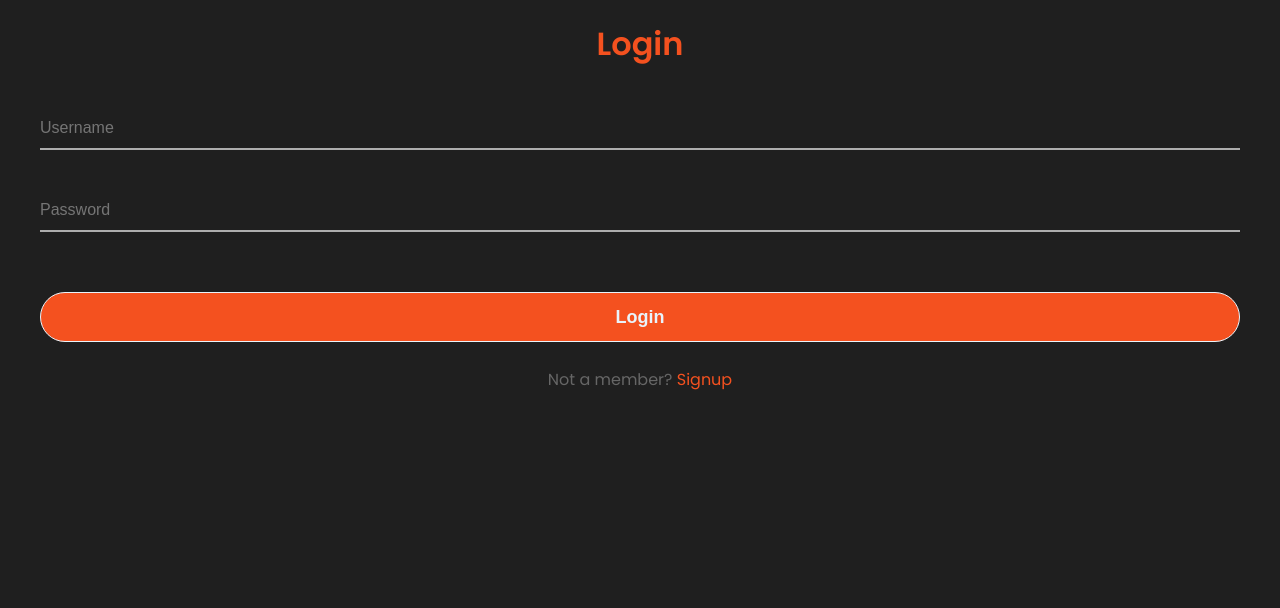
Repository: long5122000/Shopc
Page: login.html
An editor plug-in stored every save of this project. The page is shown before and after the next save, followed by the edit.
The browser window is 1280 px wide. The pictures show the whole page.
The style sheet was rebuilt from its Sass, Less or Tailwind sources for each picture, by a compiler version that may differ from the author's.

Above is the page before, as saved 2021-11-30 21:24:35.

### login.html
<!DOCTYPE html>
<html lang="en">
  <head>
    <meta charset="UTF-8" />
    <meta http-equiv="X-UA-Compatible" content="IE=edge" />
    <meta name="viewport" content="width=device-width, initial-scale=1.0" />
    <title>Document</title>
    <link rel="stylesheet" href="./css/app.css" />
  </head>
  <body>
    <div class="container-rs">
      <h1 class="register__title">Login</h1>
      <form>
        <div class="form-control">
          <input
            class="register__form"
            type="text"
            id="username"
            placeholder="Username"
          />
          <span></span>
          <small></small>
        </div>

        <div class="form-control">
          <input type="password" id="password" placeholder="Password" />
          <span></span>
          <small></small>
        </div>

        <input type="submit" value="Login" />
        <div class="signup_link">
          Not a member? <a href="./register.html">Signup</a>
        </div>
      </form>
    </div>
  </body>
</html>

### sass/app.scss
@import "variables";
@import "reset";
@import "mixin";
@import "base";
@import "header";
@import "cart";
@import "search";
@import "info";
@import "home";
@import "category";
@import "about";
@import "hot";
@import "discount";
@import "new";
@import "newsletter";
@import "footer";
@import "modal";
@import "scroll";
@import "register";
@import "breakpoints";

### sass/_variables.scss
@import url("https://fonts.googleapis.com/css2?family=Poppins:wght@400;500;600;900&display=swap");
:root {
  --header-height: 3.5rem;
  /* Colors */
  --hue: 14;
  --first-color: hsl(var(--hue), 91%, 54%);
  --menu-color: hsl(31, 76%, 74%);
  --button-color: hsl(0, 0%, 24%);
  --button-color-alt: hsl(0, 0%, 28%);
  --title-color: hsl(0, 0%, 95%);
  --text-color: hsl(0, 0%, 75%);
  --body-color: hsl(0, 0%, 12%);
  --container-color: hsl(0, 0%, 16%);
  --border-color: hsl(0, 0%, 20%);
  --border-color: hsl(0, 0%, 94%);
  --dark1: #3e363f;
  --dark2: #212527;
  --light1: #fffce8;
  --light2: #edf7f6;
  --red: #df4747;
  --green: #47df5b;
  --transition250: all 250ms ease-in-out;
  --transition500: all 500ms ease-in-out;
  /* Font and typography */
  --body-font: "Poppins", sans-serif;
  --biggest-font-size: 2rem;
  --h1-font-size: 1.5rem;
  --h2-font-size: 1.25rem;
  --h3-font-size: 1rem;
  --normal-font-size: 0.938rem;
  --small-font-size: 0.813rem;
  /* font weight */
  --font-medium: 500;
  --font-semi-bold: 600;
  --font-black: 900;
  /* margenes bottom */
  --mb-0-25: 0.25rem;
  --mb-0-5: 0.5rem;
  --mb-0-75: 0.75rem;
  --mb-1: 1rem;
  --mb-1-5: 1.5rem;
  --mb-2: 2rem;
  --mb-2-5: 2.5rem;
  /* z-index */
  --z-tooltip: 10;
  --z-fixed: 100;

  @media screen and (min-width: 992px) {
    --biggest-font-size: 4rem;
    --h1-font-size: 2.25rem;
    --h2-font-size: 1.5rem;
    --h3-font-size: 1.25rem;
    --normal-font-size: 1rem;
    --small-font-size: 0.875rem;
    --smaller-font-size: 0.813rem;
  }
}

/*=============== GOOGLE FONTS ===============*/

### sass/_reset.scss
html {
  box-sizing: border-box;
}
* {
  margin: 0;
  padding: 0;
}
*,
*:before,
*:after {
  box-sizing: border-box;
}
input,
textarea,
select,
button {
  outline: none;
  border: none;
}
input {
  line-height: normal;
}
label,
button {
  cursor: pointer;
}
a {
  text-decoration: none;
}
img {
  display: block;
  max-width: 100%;
}

### sass/_mixin.scss
@mixin flex(
  $align: flex-start,
  $justify: flex-start,
  $wrap: nowrap,
  $dir: row
) {
  display: flex;
  justify-content: $justify;
  align-items: $align;
  flex-wrap: $wrap;
  flex-direction: $dir;
}
@mixin maxw($breakpoint) {
  @media screen and (max-width: $breakpoint) {
    @content;
  }
}
@mixin minw($breakpoint) {
  @media screen and (min-width: $breakpoint) {
    @content;
  }
}
@mixin center {
  display: flex;
  justify-content: center;
  align-items: center;
}

### sass/_base.scss
* {
  box-sizing: border-box;
  padding: 0;
  margin: 0;
}
html {
  scroll-behavior: smooth;
}
body {
  margin: var(--header-height) 0 0 0;
  font-family: var(--body-font);
  font-size: var(--normal-font-size);
  background: var(--body-color);
  color: var(--text-color);
}
h1,
h2,
h3,
h4 {
  color: var(--title-color);
  font-weight: var(--font-semi-bold);
}
ul {
  list-style: none;
}
.section {
  padding: 4.5rem 0 2rem;
}
.section__title {
  font-size: var(--h2-font-size);
  margin-bottom: var(--mb2);
  text-align: center;
}
.container {
  max-width: 1240px;
  margin-left: var(--mb-1-5);
  margin-right: var(--mb-1-5);
}
.grid {
  display: grid;
}
.main {
  overflow: hidden;
}
::-webkit-scrollbar {
  width: 0.6rem;
  background: #413e3e;
}
::-webkit-scrollbar-thumb {
  background: #272525;
  border-radius: 0.5rem;
}
.button {
  display: inline-block;
  background-color: var(--first-color);
  color: var(--title-color);
  padding: 1rem 1.75rem;
  border-radius: 0.5rem;
  font-weight: var(--font-medium);
  transition: 0.3s;
  &:hover {
    background-color: var(--first-color-alt);
  }
  &--ghost {
    border: 2px solid;
    background-color: transparent;
    border-radius: 3rem;
    padding: 0.75rem 1.5rem;
    &:hover {
      background: none;
    }
  }
  &__icon {
    font-size: 1.25rem;
  }
  &--link {
    color: var(--title-color);
  }
  &--flex {
    display: inline-flex;
    align-items: center;
    column-gap: 0.5rem;
  }
}

### sass/_header.scss
.header {
  width: 100%;
  background: var(--body-color);
  position: fixed;
  top: 0;
  left: 0;
  z-index: var(--z-fixed);
}
.nav {
  height: var(--header-height);
  @include flex(center, space-between);
  &__logo {
    @include flex(center);
    column-gap: 0.5rem;
    font-weight: var(--font-medium);
    &-img {
      width: 1.25rem;
    }
  }
  &__link,
  &__logo,
  &__toggle,
  &__close {
    color: var(--title-color);
  }
  &__toggle {
    font-size: 1.25rem;
    cursor: pointer;
  }
  @include maxw(767px) {
    &__menu {
      position: fixed;
      width: 100%;
      background: var(--container-color);
      top: -150%;
      left: 0;
      padding: 3.5rem 0;
      transition: 0.4s;
      z-index: var(--z-fixed);
      border-radius: 0 0 1.5rem 1.5rem;
    }
  }
  &__img {
    width: 100px;
    position: absolute;
    top: 0;
    left: 0;
  }
  &__close {
    font-size: 1.8rem;
    position: absolute;
    top: 0.5rem;
    right: 0.7rem;
    cursor: pointer;
  }
  &__list {
    @include flex(center, flex-start, nowrap, column);
    row-gap: 1.5rem;
  }
  &__link {
    text-transform: uppercase;
    font-weight: var(--font-black);
    transition: 0.4;
    &:hover {
      color: var(--text-color);
    }
  }
  &__btns {
    display: flex;
    font-size: var(--h2-font-size);
    gap: 0 20px;
  }
  &__shop {
    font-size: 1.25rem;
    cursor: pointer;
  }
}

.show-menu {
  top: 0;
}

.active {
  &-link {
    position: relative;
    &::before {
      content: "";
      position: absolute;
      bottom: -0.75rem;
      left: 45%;
      width: 5px;
      height: 5px;
      background-color: var(--title-color);
      border-radius: 50%;
    }
  }
}

### sass/_cart.scss
/*=============== CART ===============*/
.cart {
  position: fixed;
  background-color: rgb(59, 59, 59);
  z-index: var(--z-fixed);
  width: 100%;
  height: 100%;
  top: 0;
  right: -100%;
  padding: 3.5rem 2rem;
  transition: 0.4s;
  overflow-y: scroll;

  &__title-center {
    font-size: var(--h2-font-size);
    text-align: center;
    margin-bottom: var(--mb-3);
  }

  &__close {
    font-size: 2rem;
    color: var(--title-color);
    position: absolute;
    top: 1.25rem;
    right: 0.9rem;
    cursor: pointer;
  }

  &__container {
    display: grid;
    row-gap: 1.5rem;
  }

  &__card {
    display: flex;
    align-items: center;
    column-gap: 1rem;
  }
  &__box {
    background-color: var(--container-color);
    padding: 0.75rem 1.25rem;
    border: 1px solid #5c5c5c;
  }
  &__img {
    width: 50px;
  }
  &__title {
    font-size: var(--normal-font-size);
    margin-bottom: 0.5rem;
  }
  &__price {
    display: block;
    font-size: var(--small-font-size);
    color: var(--menu-color);
    margin-bottom: var(--mb-1-5);
  }
  &__amount,
  &__amount-content {
    display: flex;
    align-items: center;
  }
  &__amount {
    column-gap: 3rem;

    &-content {
      column-gap: 1rem;
    }
    &-box {
      display: inline-flex;
      padding: 0.25rem;
      background-color: var(--container-color);
      border: 1px solid var(--border-color);
      cursor: pointer;
    }
    &-trash {
      font-size: 1.15rem;
      color: var(--menu-color);
      cursor: pointer;
    }
  }
  &__prices {
    margin-top: 6rem;
    display: flex;
    justify-content: space-between;

    &-item,
    &-total {
      color: var(--title-color);
    }
    &-item {
      font-size: var(--small-font-size);
    }
    &-total {
      font-size: var(--h3-font-size);
      font-weight: var(--font-medium);
    }
  }
  &::-webkit-scrollbar {
    display: none;
  }
}

/* Show cart */
.show-cart {
  right: 0;
}

### sass/_search.scss
.search-box {
  width: 1px;
  height: 30px;
  background-color: rgb(88, 88, 88);
  position: relative;

  transition: all 0.5s ease;
  border-radius: 15px;
}

.search-box.open {
  width: 220px;
}

.search-input {
  width: 100%;
  height: 100%;
  border: none;
  box-shadow: none;
  background: transparent;
  color: #fff;
  padding: 20px 20px;
  font-size: 20px;
}

.search-btn {
  color: rgba(191, 191, 191);
  outline: none;
  border: none;

  position: absolute;
  right: -0;
  top: 0;
  cursor: pointer;
  font-size: 25px;
  background-color: transparent;
}

### sass/_info.scss
.info {
  position: fixed;
  background-color: rgb(59, 59, 59);
  z-index: var(--z-fixed);
  width: 100%;
  height: 100%;
  top: 0;
  right: -100%;
  padding: 5.5rem 1rem;
  transition: 0.4s;
  overflow-y: scroll;
  &__close {
    font-size: 2rem;
    color: var(--title-color);
    position: absolute;
    top: 1.25rem;
    right: 0.9rem;
    cursor: pointer;
  }
}
.show-info {
  right: 0;
}

### sass/_home.scss
.home {
  &__content {
    row-gap: 1rem;
  }
  &__group {
    display: grid;
    position: relative;
    padding-top: 2rem;
  }
  &__image {
    height: 250px;
    justify-self: center;
  }
  &__indicator {
    width: 8px;
    height: 8px;
    background-color: var(--title-color);
    border-radius: 50%;
    position: absolute;
    top: 7rem;
    right: 2rem;
    &::after {
      content: "";
      position: absolute;
      width: 1px;
      height: 48px;
      background-color: var(--title-color);
      top: -3rem;
      right: 45%;
    }
  }
  &__details {
    &-img {
      position: absolute;
      right: 0.5rem;
    }
    &-title,
    &-subtitle {
      display: block;
      font-size: var(--small-font-size);
      text-align: right;
    }
  }
  &__subtitle {
    font-size: var(--h3-font-size);
    text-transform: uppercase;
    margin-bottom: var(--mb-1);
  }
  &__title {
    font-size: var(--biggest-font-size);
    font-weight: var(--font-black);
    line-height: 109%;
    margin-bottom: var(--mb-1);
  }
  &__description {
    margin-bottom: var(--mb-1);
  }
  &__buttons {
    @include flex(center, space-between);
  }
}

.swiper {
  &-pagination {
    position: initial;
    margin-top: var(--mb-1);
    &-bullet {
      width: 5px;
      height: 5px;
      background-color: var(--title-color);
      opacity: 1;
    }
  }
}
.swiper-pagination-horizontal.swiper-pagination-bullets .swiper-pagination-bullet {
  margin: 0 0.5rem;
}
.swiper-pagination-bullet-active {
  width: 1.5rem;
  height: 5px;
  border-radius: 0.5rem;
}

### sass/_category.scss
.category {
  &__container {
    grid-template-columns: repeat(2, 1fr);
    gap: 1rem 2rem;
  }
  &__data {
    text-align: center;
  }
  &__image {
    width: 120px;
    margin: 0 auto;
    transition: 0.3s;
  }
  &__title {
    margin-bottom: var(--mb-0-25);
  }
  &__data:hover {
    .category {
      &__image {
        transform: translateY(-0.5rem);
      }
    }
  }
}
.scroll {
  &-header {
    background: var(--container-color);
  }
}

### sass/_about.scss
.about {
  &__container {
    row-gap: 2rem;
  }
  &__data {
    text-align: center;
  }
  &__description {
    margin-bottom: var(--mb-2);
  }
  &__image {
    width: 200px;
    justify-self: center;
  }
}

### sass/_hot.scss
.hot {
  &__container {
    grid-template-columns: repeat(2, 1fr);
    gap: 1.5rem;
    padding: 1rem;
  }
  &__content {
    position: relative;
    background: var(--container-color);
    border-radius: 1rem;
    padding: 1.5rem 0 1rem 0;
    text-align: center;
    overflow: hidden;

    &:hover .hot__image {
      transform: translateY(-0.5rem);
    }
    &:hover .hot__button {
      right: 0;
    }
  }
  &__image {
    width: 90px;
    transition: 0.3s;
    margin: 0 auto;
  }
  &__subtitle,
  &__price {
    display: block;
  }
  &__subtitle {
    font-size: var(--smaller-font-size);
    margin-bottom: var(--mb-0-5);
  }
  &__title,
  &__price {
    color: var(--title-color);
    font-weight: var(--font-medium);
    font-size: var(--normal-font-size);
  }
  &__button {
    display: flex;
    flex-direction: column;
    gap: 5px 0;
    padding: 0.5rem;
    border-radius: 0.25rem 0.25rem 0.75rem 0.25rem;
    position: absolute;
    right: -3rem;
    bottom: 0;
  }
  &__icon {
    font-size: 1.25rem;
    color: var(--title-color);
    &--bt {
      border-bottom: 1px solid gray;
      padding-bottom: 4px;
    }
    &:hover {
      color: var(--first-color);
    }
  }
}

### sass/_discount.scss
.discount {
  &__container {
    background: var(--container-color);
    border-radius: 1rem;
    padding: 2.5rem 0 1.5rem;
    row-gap: 0.75rem;
  }
  &__data {
    text-align: center;
  }
  &__title {
    font-size: var(--h2-font-size);
    margin-bottom: var(--mb-2);
  }
  &__image {
    width: 200px;
    justify-self: center;
  }
}

### sass/_new.scss
.new {
  &__container {
    padding-top: 1rem;
  }
  &__image {
    width: 120px;
    height: 120px;
    transition: 0.3s;
    margin: 0 auto;
    margin-bottom: var(--mb-0-5);
  }
  &__content {
    position: relative;
    background: var(--container-color);
    width: 242px;
    padding: 2rem 0 1.5rem 0;
    border-radius: 0.75rem;
    text-align: center;
    overflow: hidden;

    &:hover .new__image {
      transform: translateY(-0.5rem);
    }
    &:hover .new__button {
      right: 0;
    }
  }
  &__tag {
    position: absolute;
    top: 8%;
    left: 8%;
    background-color: var(--first-color);
    color: var(--title-color);
    font-size: var(--small-font-size);
    padding: 0.25rem 0.5rem;
    border-radius: 0.25rem;
  }
  &__title {
    font-size: var(--normal-font-size);
    font-weight: var(--font-medium);
  }
  &__subtitle {
    display: block;
    font-size: (--small-font-size);
    margin-bottom: var(--mb-0-5);
  }
  &__prices {
    display: inline-flex;
    align-items: center;
    column-gap: 0.5rem;
  }
  &__price {
    font-weight: var(--font-medium);
    color: var(--title-color);
  }
  &__discount {
    color: var(--first-color);
    font-size: var(--small-font-size);
    text-decoration: line-through;
    font-weight: var(--font-medium);
  }
  &__button {
    display: flex;
    flex-direction: column;
    gap: 5px 0;
    padding: 0.5rem;
    border-radius: 0.25rem 0.25rem 0.75rem 0.25rem;
    position: absolute;
    bottom: 0;
    right: -3rem;
  }

  &__icon {
    font-size: 1.25rem;
    color: var(--title-color);
    &--bt {
      border-bottom: 1px solid gray;
      padding-bottom: 4px;
    }
    &:hover {
      color: var(--first-color);
    }
  }
}

### sass/_newsletter.scss
.newsletter {
  &__description {
    text-align: center;
    margin-bottom: var(--mb-1-5);
  }
  &__form {
    background: var(--container-color);
    padding: 1rem;
    @include flex(center, space-between);
    // display: flex;
    // justify-content: space-between;
    border-radius: 0.75rem;
  }
  &__input {
    width: 70%;
    padding: 0 0.5rem;
    background: none;
    color: var(--title-color);
    &::placeholder {
      color: var(--text-color);
    }
  }
}

### sass/_footer.scss
.footer {
  position: relative;
  overflow: hidden;
  &__image {
    &-one,
    &-two {
      position: absolute;
      transition: 0.3s;
      &:hover {
        transform: translateY(-0.5rem);
      }
    }
    &-one {
      width: 100px;
      top: 6rem;
      right: -2rem;
    }
    &-two {
      width: 150px;
      bottom: 4rem;
      right: 4rem;
    }
  }
  &__container {
    row-gap: 2rem;
  }
  &__logo {
    @include flex(center);
    column-gap: 0.5rem;
    margin-bottom: var(--mb-1);
    font-weight: var(--font-medium);
    color: var(--title-color);
    &-image {
      width: 20px;
    }
  }
  &__description {
    margin-bottom: var(--mb-2-5);
  }
  &__social {
    display: flex;
    column-gap: 0.75rem;
    &-link {
      display: inline-flex;
      background: var(--container-color);
      padding: 0.25rem;
      border-radius: 0.25rem;
      color: var(--title-color);
      font-size: 1rem;
      &:hover {
        background: var(--body-color);
      }
    }
  }
  &__title {
    font-size: var(--h3-font-size);
    margin-bottom: var(--mb-1);
  }
  &__links {
    display: grid;
    row-gap: 0.35rem;
  }
  &__link {
    font-size: var(--small-font-size);
    color: var(--text-color);
    transition: 0.3s;
    &:hover {
      color: var(--title-color);
    }
  }
  &__copy {
    display: block;
    text-align: center;
    font-size: var(--smaller-font-size);
    margin-top: 4.5rem;
  }
}

### sass/_modal.scss
.modal {
  position: fixed;
  top: 0;
  height: 100%;
  width: 100%;
  background: var(--container-color);
  transition: var(--transition250);
  opacity: 0;
  visibility: hidden;
  z-index: 100;
  border-radius: 8px;
  &__main {
    display: grid;
    grid-template-columns: 1fr;
    padding: 0 10px;
  }
  &__image {
    height: 100%;
    width: 100%;
    margin-top: var(--mb-2-5);
  }
  &__title {
    font-size: var(--h1-font-size);
    text-align: center;
    margin-top: var(--mb-2);
    margin-bottom: var(--mb-1-5);
  }
  &__desc {
    margin-bottom: var(--mb-1-5);
  }
  &__price {
    font-size: var(--h2-font-size);
    color: var(--first-color);
    margin-bottom: var(--mb-1-5);
  }
  &__button {
    text-align: center;
  }
  &__close {
    position: absolute;
    right: 5px;
    top: 5px;
    font-size: 2.5rem;
  }
}
.show-modal {
  opacity: 1;
  visibility: unset;
}

### sass/_scroll.scss
.scrollup {
  position: fixed;
  background: var(--first-color);
  right: 1rem;
  bottom: -20%;
  display: inline-flex;
  padding: 0.3rem;
  border-radius: 0.25rem;
  z-index: var(--z-tooltip);
  opacity: 0.8;
  transition: 0.4s;
  &:hover {
    background: var(--container-color);
    opacity: 1;
  }
  &__icon {
    font-size: 1.2rem;
    color: var(--title-color);
  }
}
.show-scroll {
  bottom: 3rem;
}

### sass/_register.scss
.register {
  &__container {
    position: absolute;
    top: 50%;
    left: 50%;
    transform: translate(-50%, -50%);
    width: 400px;
    background: white;
    border-radius: 10px;
    box-shadow: 0px 0px 15px rgba(0, 0, 0, 0.05);
  }
  &__title {
    text-align: center;
    padding-top: 20px;
    color: var(--first-color);
  }
}
form {
  padding: 0 40px;
}
.form-control {
  position: relative;
  border-bottom: 2px solid #adadad;
  margin: 40px 0;
}

.form-control.success {
  border-bottom-color: var(--first-color);
}

.form-control.error {
  border-bottom-color: #e74c3c;
}

.form-control input {
  width: 100%;
  height: 40px;
  font-size: 16px;
  border: none;
  background: none;
  outline: none;
}

small {
  position: absolute;
  left: 0;
  top: 100%;
  margin-top: 3px;
  color: #e74c3c;
}

.form-control span::before {
  content: "";
  position: absolute;
  top: 40px;
  left: 0;
  width: 0%;
  height: 2px;
  background: var(--first-color);
  transition: 0.3s;
}

.form-control input:focus ~ span::before {
  width: 100%;
}

input[type="submit"] {
  margin-top: 20px;
  width: 100%;
  height: 50px;
  border: 1px solid;
  background: var(--first-color);
  border-radius: 25px;
  font-size: 18px;
  color: #e9f4fb;
  font-weight: 700;
  cursor: pointer;
  outline: none;
  transition: 0.5s;
}

input[type="submit"]:hover {
  background-color: #fc7b6d;
}

.signup_link {
  margin: 25px 0;
  text-align: center;
  font-size: 16px;
  color: #666666;
}

.signup_link a {
  color: var(--first-color);
  text-decoration: none;
}

.signup_link a:hover {
  text-decoration: underline;
}

Loaded but not shown: sass/_breakpoints.scss (355 lines, source omitted)

After the next save:
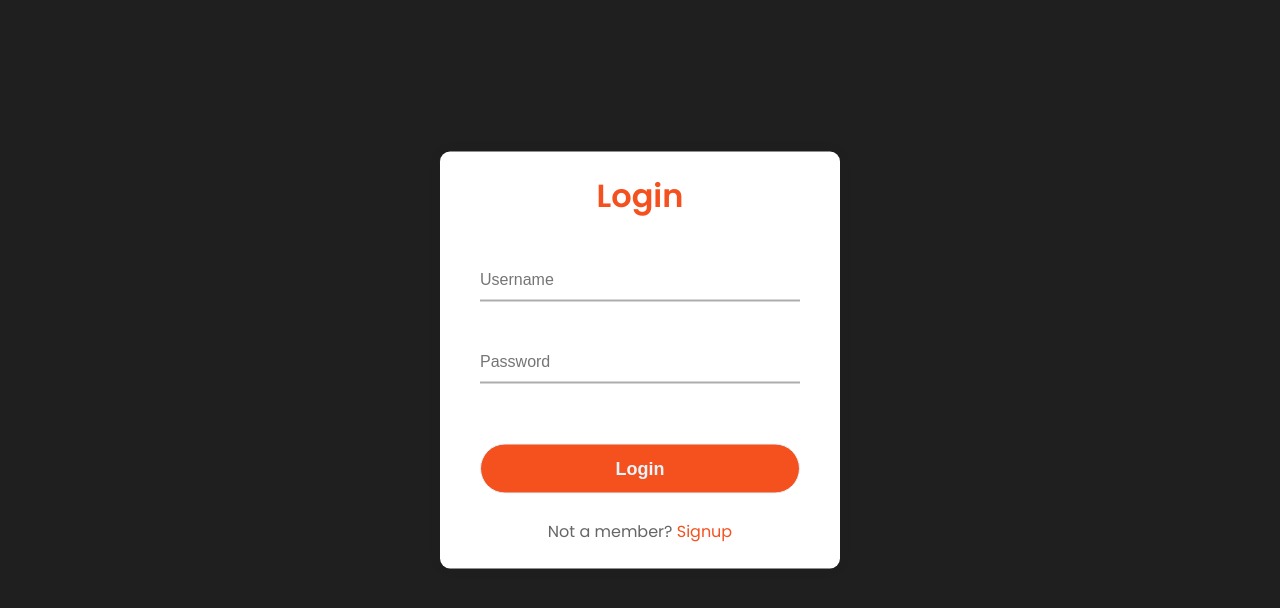
Saved 46 s later.
--- a/login.html
+++ b/login.html
@@ -8,7 +8,7 @@
     <link rel="stylesheet" href="./css/app.css" />
   </head>
   <body>
-    <div class="container-rs">
+    <div class="register__container">
       <h1 class="register__title">Login</h1>
       <form>
         <div class="form-control">
